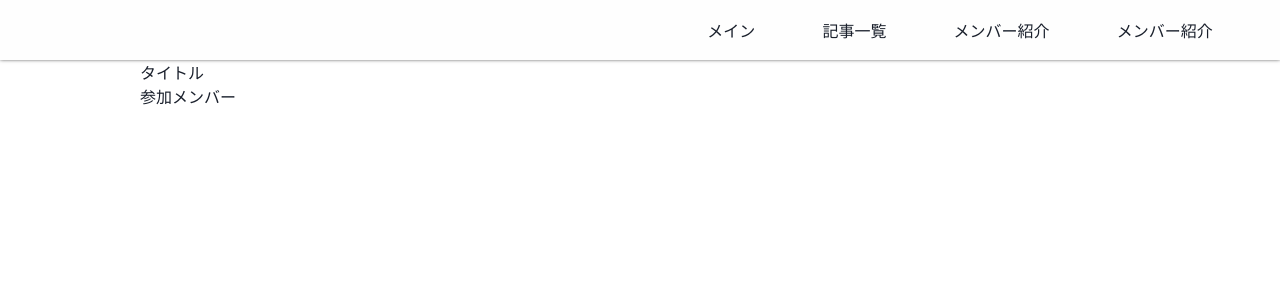
Repository: kanshu-1118/gpt-schoollife
Page: /blogContents
These files come from the project's save history. The page is drawn as it stood at one moment and after the next save; the edit follows.
The browser window is 1280 px wide. The pictures show the whole page.
The project was rebuilt for these pictures with package versions that can differ from the ones it lists, and the page was loaded fresh each time. The framework's server and built-in components were replaced by stand-ins that run in the browser. Also part of the build but not shown: next.config.js.

Above is the page before, as saved 2023-06-26 14:30:12.

After the next save:
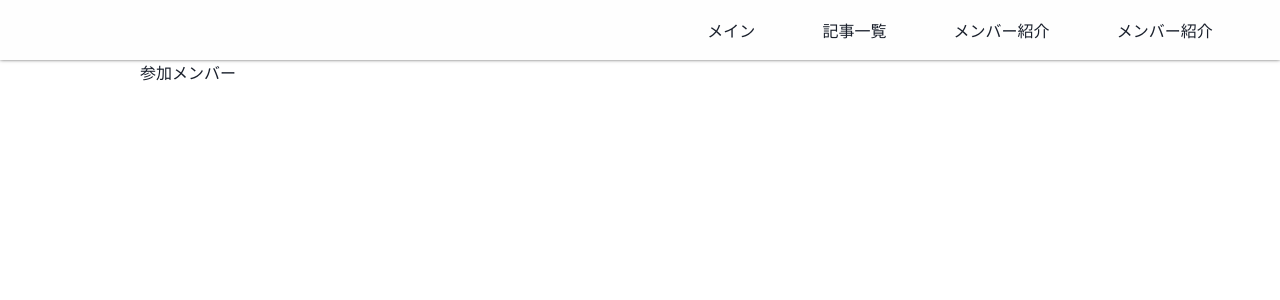
Saved 8 min 45 s later.
--- a/src/pages/blogContents.tsx
+++ b/src/pages/blogContents.tsx
@@ -1,4 +1,4 @@
-import { Flex,Text,Box,Image,Link } from '@chakra-ui/react'
+import { Flex,Text,Box,Img,Link } from '@chakra-ui/react'
 import { NextPage } from 'next'
 import { useEffect, useState } from "react"
 import React from 'react'
@@ -16,28 +16,28 @@ const blogContents : NextPage = (props) => {
             </Flex>
 
             {/* 記事タイトル */}
-            <Text w={"1000px"} h={"auto"} margin={"0 auto"}>タイトル</Text>
+            <Text w={"1000px"} h={"auto"} margin={"0 auto"}>{}</Text>
 
             {/* 日時 */}
             <Text w={"1000px"} h={"auto"} margin={"0 auto"}></Text>
 
             {/* アイキャッチ画像 */}
-            <Image w={"1000px"} h={"auto"} margin={"0 auto"}></Image>
+            <Img w={"1000px"} h={"auto"} margin={"0 auto"}></Img>
 
             {/* 参加メンバー */}
             <Box w={"1000px"} h={"auto"} margin={"0 auto"}>
                 <Text>参加メンバー</Text>
                 <Flex>
                     <Box>
-                        <Image></Image>
+                        <Img></Img>
                         <Text></Text>
                     </Box>
                     <Box>
-                        <Image></Image>
+                        <Img></Img>
                         <Text></Text>
                     </Box>
                     <Box>
-                        <Image></Image>
+                        <Img></Img>
                         <Text></Text>
                     </Box>
                 </Flex>
